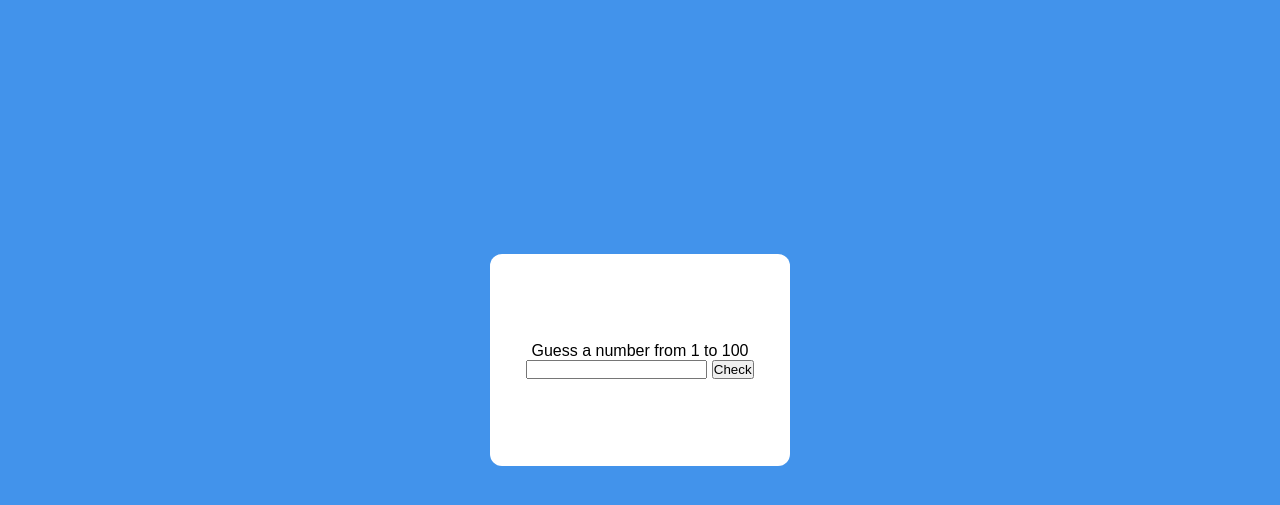
Repository: Ankitkr2021/Guess_Game
Page: index.html
An editor plug-in stored every save of this project. The page is shown before and after the next save, followed by the edit.
The browser window is 1280 px wide. The pictures show the whole page.

Above is the page before, as saved 2025-09-30 17:15:06.

### index.html
<!DOCTYPE html>
<html lang="en">
<head>
    <meta charset="UTF-8">
    <meta name="viewport" content="width=device-width, initial-scale=1.0">
    <title>Document</title>
    <link rel="stylesheet" href="./style.css">
</head>
<body>
    <div class="box">
        <p>Guess a number from 1 to 100</p>
        <div class="same-line">
        <input type="number">
        <button type="submit">Check</button>
        </div>
    </div>
</body>
</html>

### style.css
@import url("https://fonts.googleapis.com/css2?family=Poppins:wght@300;400;500;600;700&display=swap">
);

*{
    margin: 0;
    padding: 0;
    box-sizing: border-box;
    font-family: 'Poppins',sans-serif;
}

body{
    display: flex;
    justify-content: center;
    align-items: center;
    height: 100vh;
    width: 100%;
    background: #4293eb;
}

.box{
    background: #fff;
    height: 212px;
    width: 300px;
    border-radius: 12px;
    display: flex;
    flex-direction: column;
    align-items: center;
    justify-content: center;
}

p{
    padding: 0 20px;
}

After the next save:
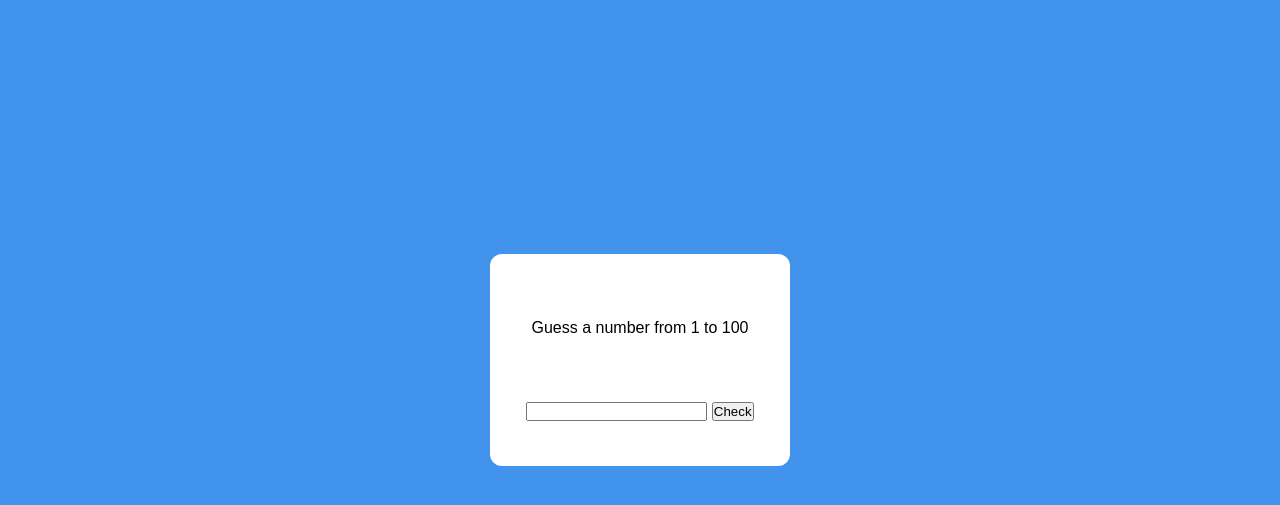
Saved 13 s later.
--- a/style.css
+++ b/style.css
@@ -25,9 +25,9 @@ body{
     display: flex;
     flex-direction: column;
     align-items: center;
-    justify-content: center;
+    justify-content: space-evenly;
 }
 
 p{
-    padding: 0 20px;
+    padding: 20px;
 }
